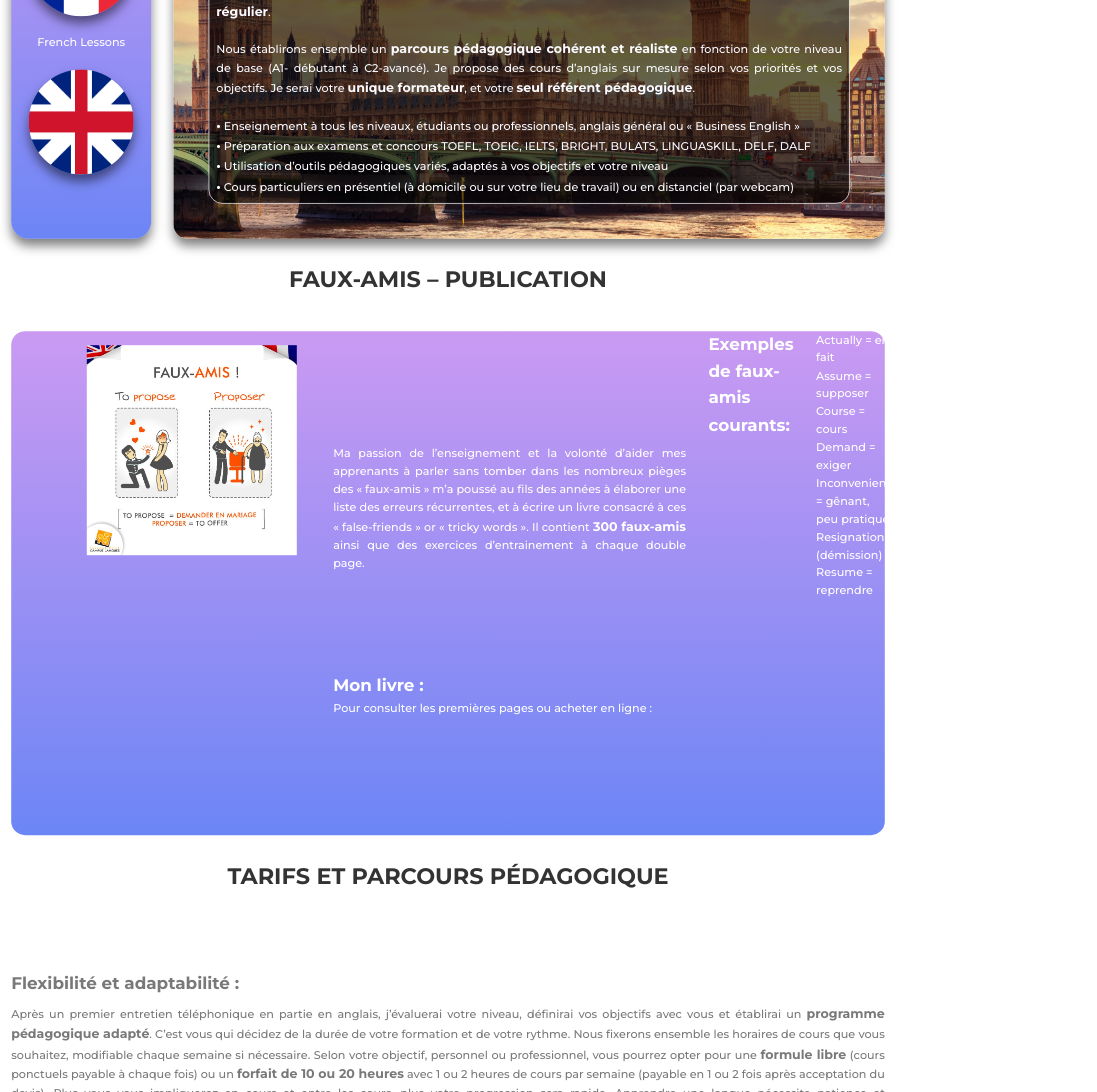
Repository: TheHikuro/FormAnglais
Page: www/index.html
An editor plug-in stored every save of this project. The page is shown before and after the next save, followed by the edit.
The browser window is 1280 px wide. The page is 1567 px wide, then 1514 px, so the pictures cover 1567 px, including what lies to the right of the window. The pictures show the part of the page from y = 2233 to 3793 px (the page is 5116 px tall), at 70% of full size.
Some web libraries are served in a nearby version.

Above is the page before, as saved 2021-06-10 20:07:54.
Console error: TypeError: Cannot read properties of null (reading 'classList')

After the next save:
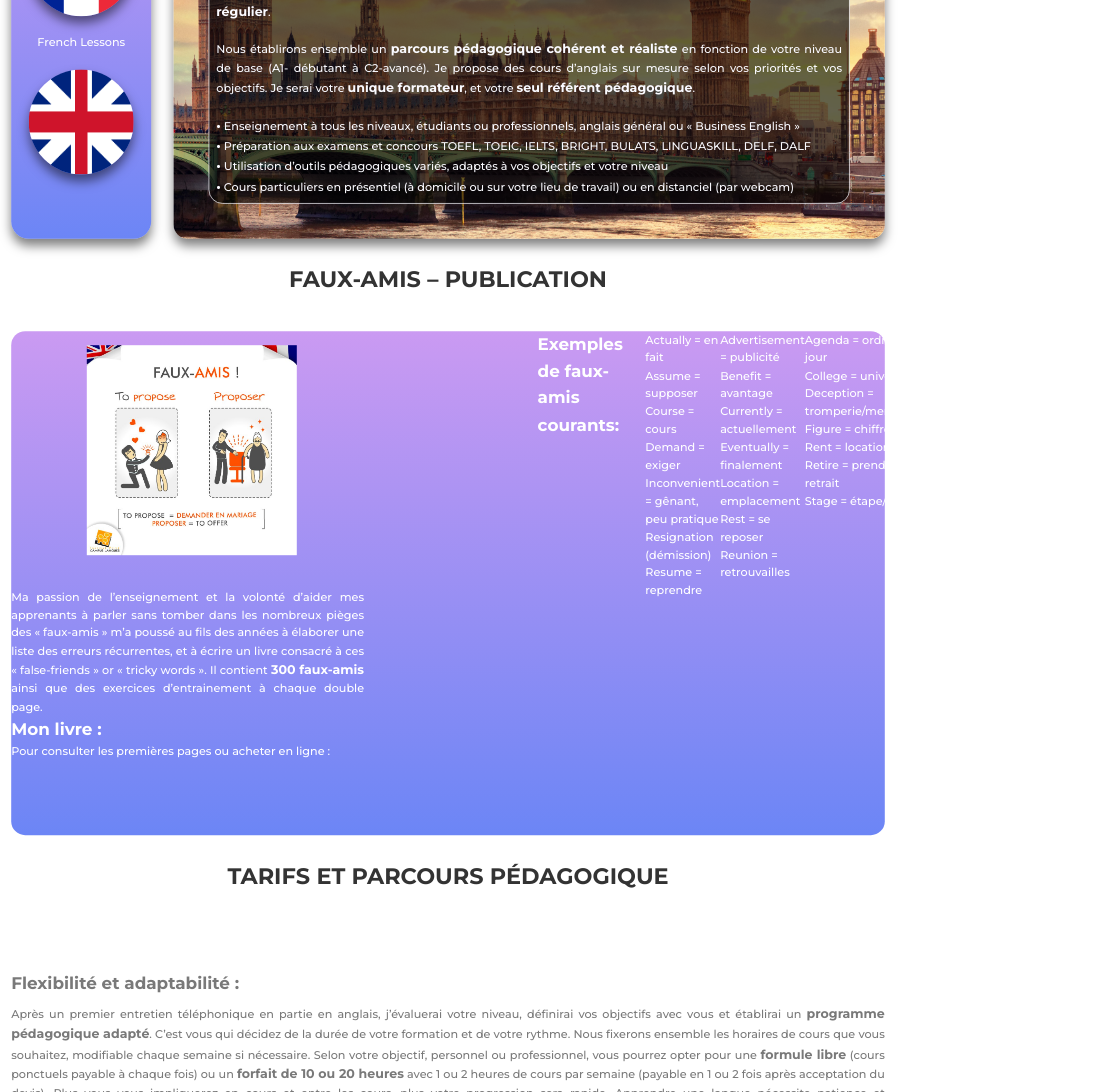
Saved 95 s later.
--- a/www/index.html
+++ b/www/index.html
@@ -124,24 +124,26 @@
                 <section class="Liste_de_faux_amis" id="Liste_de_faux_amis">
                     <h2 class="section-title">FAUX-AMIS – PUBLICATION</h2>
                     <div class="conteneur_liste bd-grid">
-                        <div class="photo_fauxAmis">
-                            <img src="assets/images/fauxAmis.jpg" id="fauxAmis" alt="">
-                            <!-- <div class="btn from-left" id="btn_list"><a href="assets/images/faux_amis.docx" class="dwl_fa">Liste de faux amis !</a></div> -->
-                        </div>
-                        <div class="List_text">
-                            <div class="fxA1">
-                                <p class="text_list ">Ma passion de l’enseignement et la volonté d’aider mes apprenants à parler sans tomber dans les nombreux pièges
-                                    des « faux-amis » m’a poussé au fils des années à élaborer une liste des erreurs récurrentes, et à écrire un livre
-                                    consacré à ces « false-friends » or « tricky words ». Il contient <b>300 faux-amis</b> ainsi que des exercices d’entrainement
-                                    à chaque double page.
-                                </p>
-                            </div>
-                            <div class="fxA3">
-                                <h2>Mon livre :</h2>
-                                <p>Pour consulter les premières pages ou acheter en ligne :</p> <br>
-                                <div class="book_cover">
-                                    <a href="https://livre.fnac.com/a10160018/Alexandra-Roque-Les-300-principaux-faux-amis-anglais-a-connaitre-Mots-en-
-                                    contexte-et-exercices-corriges?Origin=fnac_google" target="_blank"><div class="book_cover__cover" style="background-image: url(assets/images/Cover_book.jpg);"></div></a>
+                        <div class="cont2">
+                            <div class="photo_fauxAmis">
+                                <img src="assets/images/fauxAmis.jpg" id="fauxAmis" alt="">
+                                <!-- <div class="btn from-left" id="btn_list"><a href="assets/images/faux_amis.docx" class="dwl_fa">Liste de faux amis !</a></div> -->
+                            </div>
+                            <div class="List_text">
+                                <div class="fxA1">
+                                    <p class="text_list ">Ma passion de l’enseignement et la volonté d’aider mes apprenants à parler sans tomber dans les nombreux pièges
+                                        des « faux-amis » m’a poussé au fils des années à élaborer une liste des erreurs récurrentes, et à écrire un livre
+                                        consacré à ces « false-friends » or « tricky words ». Il contient <b>300 faux-amis</b> ainsi que des exercices d’entrainement
+                                        à chaque double page.
+                                    </p>
+                                </div>
+                                <div class="fxA3">
+                                    <h2>Mon livre :</h2>
+                                    <p>Pour consulter les premières pages ou acheter en ligne :</p> <br>
+                                    <div class="book_cover">
+                                        <a href="https://livre.fnac.com/a10160018/Alexandra-Roque-Les-300-principaux-faux-amis-anglais-a-connaitre-Mots-en-
+                                        contexte-et-exercices-corriges?Origin=fnac_google" target="_blank"><div class="book_cover__cover" style="background-image: url(assets/images/Cover_book.jpg);"></div></a>
+                                    </div>
                                 </div>
                             </div>
                         </div>
